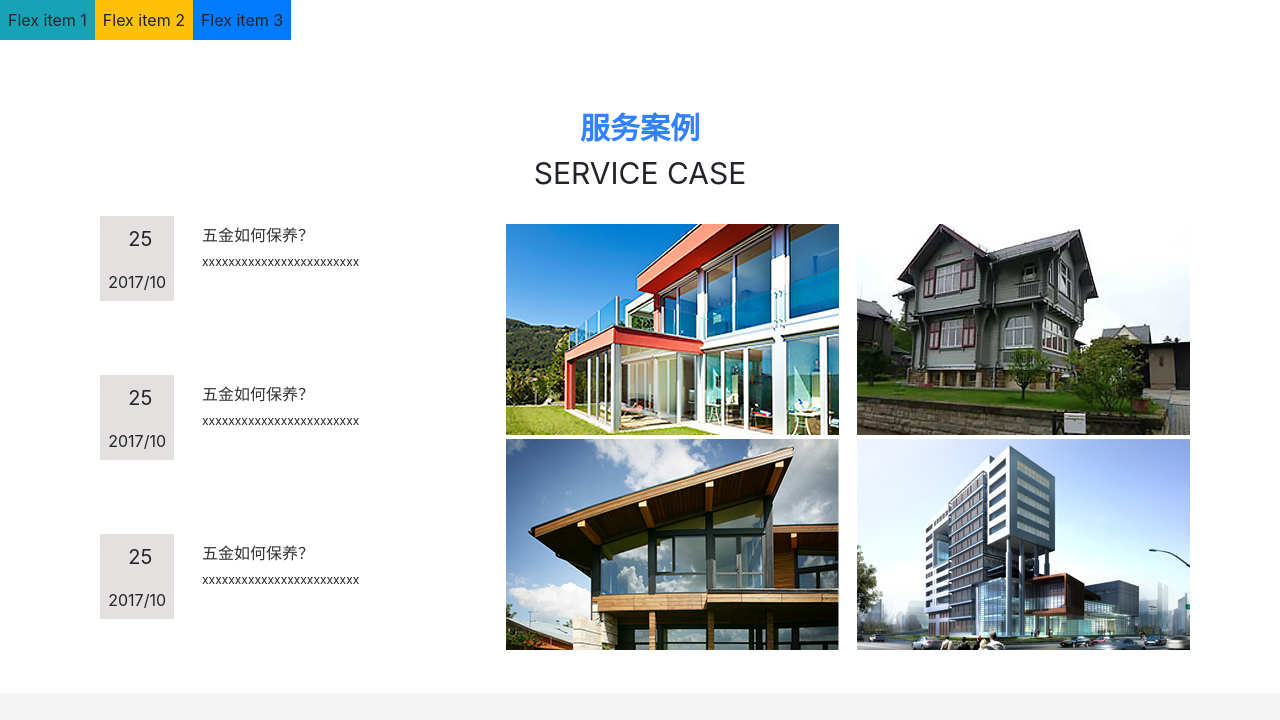
Repository: Noitom/Hadalsnailfish
Page: src/main/resources/static/html/main.html
An editor plug-in stored every save of this project. The page is shown before and after the next save, followed by the edit.
The browser window is 1280 px wide. The pictures show the whole page.

Above is the page before, as saved 2021-12-14 17:23:37.
Console error: TypeError: Cannot read properties of undefined (reading 'offsetTop')

### src/main/resources/static/html/main.html
<!DOCTYPE html>
<html lang="zh-CN">
<head>
    <meta charset="utf-8">
    <meta http-equiv="X-UA-Compatible" content="IE=edge">
    <meta name="viewport" content="width=device-width, initial-scale=1">
    <title>深海狮子鱼</title>
    <link href="../bootstrap/css/bootstrap.min.css" rel="stylesheet">
    <link href="../css/cl-css.css" rel="stylesheet">
    <link href="../font-awesome/css/font-awesome.min.css" rel="stylesheet">
    <link href="../element/element.css" rel="stylesheet" type="text/css">
    <link href="../bootstrap/css/bootstrap-responsive.min.css" rel="stylesheet" type="text/css">
    <style>
        .el-carousel__item h3 {
            color: #475669;
            font-size: 14px;
            opacity: 0.75;
            line-height: 150px;
            margin: 0;
        }

        .el-row {
            margin-bottom: 20px;
        &:last-child {
             margin-bottom: 0;
         }
        }
        .el-col {
            border-radius: 4px;
        }
        .bg-purple-dark {
            background: #99a9bf;
        }
        .bg-purple {
            background: #d3dce6;
        }
        .bg-purple-light {
            background: #e5e9f2;
        }
        .grid-content {
            border-radius: 4px;
            min-height: 36px;
        }
        .row-bg {
            padding: 10px 0;
            background-color: #f9fafc;
        }
        .szy-contact-way{
            width: 220px;
            height: 230px;
            border: 2px solid #d4d0d0;
            padding-top: 30px;
            padding-bottom: 20px;
        }

    </style>
</head>
<body>
<div id="app" style="background:#fff;">
    <!--首页其他内容展示-->

    <div class="jumbotron-one d-flex flex-wrap">
        <div class="d-flex flex-row bg-secondary mb-3">
            <div class="p-2 bg-info">Flex item 1</div>
            <div class="p-2 bg-warning">Flex item 2</div>
            <div class="p-2 bg-primary">Flex item 3</div>
          </div>
        <!-- <div class="szy-tow">
            <p>海南狮子鱼深海技术有限公司</p>
            <span>文本文本文本文本文本文本文本文本文本文本文本文本文本文本文本文本</span>
        </div>
        <div class="szy-tow-one">
        </div> -->
        <!-- <transition enter-active-class="animated bounceInRight">
            <div class="container-tow" style="background: url(../img/border.webp);" ref="part1" v-show="part1flag">
                <span class="word">关于我们:</span>
                <div class="word-1">
                    <span>{{message}}</span></div>
                <div class="image-1" style="background: url(../img/img-1.webp) no-repeat;"></div>
                <div class="image-2" style="background: url(../img/img-2.webp);"></div>
                <div class="but-1">
                    <a href="#">
                        <span>xxxx</span>
                    </a>
                </div>
                <div class="but-2">
                    <span> > </span>
                    </a>
                </div>
            </div>
        </transition> -->
    </div>


    <!-- <div class="jumbotron">
    <div class="container">
    展示内容预留位置
    </div> -->

    <!-- </div> -->

    <!--首页其他内容展示-->
    <!--<div class="container-fluid"-->
         <!--style="background: url('../img/AD0Iz_PkBhACGAAgvZLxygUo8LKV8AYwgA844QU.jpg') repeat-y center;height: 737px;width: 100%">-->
        <!--<div class="container">-->
            <!--<div style="width: 1200px;">-->
                <!--<transition enter-active-class="animated bounceInRight">-->
                    <!--<div class="row" ref="part2" v-show="part2flag">-->
                        <!--<div class="col-md-4"-->
                             <!--style="height: 735px;background: url('../img/AD0Iz_PkBhAEGAAgu5LxygUomNWtNzDgAjjWAw.png.webp') no-repeat center;">-->
                            <!--<div class="d-flex flex-column justify-content-around align-items-center"-->
                                 <!--style="height: 735px;padding-bottom: 150px;padding-top: 150px">-->
                                <!--<div class="p-2">-->
                                    <!--<p style="color: rgb(255, 255, 255); font-family: 微软雅黑; font-size: 54px; background-color: transparent;">-->
                                        <!--我们的优势</p>-->
                                    <!--<p style="font-family: 微软雅黑; color: rgb(255, 255, 255); font-size: 22px;">-->
                                        <!--15年经验铸就坚硬的品牌理念</p>-->
                                <!--</div>-->
                                <!--<div class="p-2">-->
                                    <!--<div style="position: relative;right: 50px">-->
                                        <!--<p style="color: rgb(255, 255, 255);  font-size: 18px; background-color: transparent;">-->
                                            <!--FINAL QUALITY OF INTERNATIONAL</p>-->
                                        <!--<p style="color: rgb(255, 255, 255); font-family: 微软雅黑; font-size: 18px; background-color: transparent;">-->
                                            <!--&nbsp;&nbsp;&nbsp;&nbsp;&nbsp;&nbsp;&nbsp;&nbsp;&nbsp;&nbsp;&nbsp;&nbsp;&nbsp;&nbsp;&nbsp;&nbsp;&nbsp;&nbsp;&nbsp;&nbsp;&nbsp;ADVANCED-->
                                            <!--TECHNOLOGY</p>-->
                                    <!--</div>-->
                                <!--</div>-->
                            <!--</div>-->
                        <!--</div>-->
                        <!--<div class="col-md-7" style="height: 735px;">-->
                            <!--<div class="d-flex flex-column justify-content-around align-items-center"-->
                                 <!--style="height: 735px;padding-bottom: 100px;padding-top: 100px;padding-left: 100px">-->
                                <!--<div class="d-flex flex-row " style=" height: 100px;width: 100%">-->
                                    <!--<img src="../img/AD0Iz_PkBhAEGAAgupLxygUotcqk4QMwVThV.png.webp"-->
                                         <!--style="height: 85px;width: 85px">-->
                                    <!--<div class="d-flex flex-column" style="padding-left: 50px">-->
                                        <!--<p class="szy-yahei-22px-blue">国际认证品牌</p>-->
                                        <!--<p class="szy-yahei-18px-white">CERUFICATION</p>-->
                                        <!--<p class="szy-yahei-16px-white">一系列突破性的创新给了我们公司的产品当之无愧的全球声誉</p>-->
                                    <!--</div>-->
                                <!--</div>-->
                                <!--<div class="d-flex flex-row " style=" height: 100px;width: 100%">-->
                                    <!--<img src="../img/AD0Iz_PkBhAEGAAguJLxygUoqpuiGzBVOFU.png.webp"-->
                                         <!--style="height: 85px;width: 85px">-->
                                    <!--<div class="d-flex flex-column" style="padding-left: 50px">-->
                                        <!--<p class="szy-yahei-22px-blue">国际认证品牌</p>-->
                                        <!--<p class="szy-yahei-18px-white">CERUFICATION</p>-->
                                        <!--<p class="szy-yahei-16px-white">一系列突破性的创新给了我们公司的产品当之无愧的全球声誉</p>-->
                                    <!--</div>-->
                                <!--</div>-->
                                <!--<div class="d-flex flex-row " style=" height: 100px;width: 100%">-->
                                    <!--<img src="../img/AD0Iz_PkBhAEGAAgu5LxygUozp2n1AIwVThV.png.webp"-->
                                         <!--style="height: 85px;width: 85px">-->
                                    <!--<div class="d-flex flex-column" style="padding-left: 50px">-->
                                        <!--<p class="szy-yahei-22px-blue">国际认证品牌</p>-->
                                        <!--<p class="szy-yahei-18px-white">CERUFICATION</p>-->
                                        <!--<p class="szy-yahei-16px-white">一系列突破性的创新给了我们公司的产品当之无愧的全球声誉</p>-->
                                    <!--</div>-->
                                <!--</div>-->
                            <!--</div>-->
                        <!--</div>-->
                    <!--</div>-->
                <!--</transition>-->
            <!--</div>-->
        <!--</div>-->
    <!--</div>-->

    <!--<div class="jumbotron-i">-->
        <!--<transition enter-active-class="animated bounceInRight">-->
            <!--<div class="container" ref="part3" v-show="part3flag">-->

                <!--<div class="d-flex flex-column justify-content-around" style="height: 670px;">-->
                    <!--<div class="d-flex flex-column justify-content-around" style="height: 200px;width: 100%">-->
                        <!--<div>-->
                            <!--<h2>产品介绍</h2>-->
                            <!--<h5>PRODUCT INTRODUCTION</h5>-->
                        <!--</div>-->
                    <!--</div>-->
                    <!--<div class="d-flex flex-row justify-content-around" style="height: 470px;width: 100%">-->
                        <!--<div style="height: 360px;width: 250px;">-->
                            <!--<img src="../img/chanping1.webp" class="szy-index-img">-->
                            <!--<p style="font-size: 30px; text-align:center">xxx</p>-->
                        <!--</div>-->
                        <!--<div style="height: 360px;width: 250px;">-->
                            <!--<img src="../img/chanping1.webp" class="szy-index-img">-->
                            <!--<p style="font-size: 30px; text-align:center">xxx</p>-->
                        <!--</div>-->
                        <!--<div style="height: 360px;width: 250px;">-->
                            <!--<img src="../img/chanping1.webp" class="szy-index-img">-->
                            <!--<p style="font-size: 30px; text-align:center">xxx</p>-->
                        <!--</div>-->
                        <!--<div style="height: 360px;width: 250px;">-->
                            <!--<img src="../img/chanping1.webp" class="szy-index-img">-->
                            <!--<p style="font-size: 30px; text-align:center">xxx</p>-->
                        <!--</div>-->
                    <!--</div>-->
                <!--</div>-->

            <!--</div>-->
        <!--</transition>-->
    <!--</div>-->

    <!--<div class="container-fluid"-->
         <!--style="background: url('../img/AD0Iz_PkBhACGAAgvZLxygUo3KbZmwUwgA842gQ.jpg') repeat-y center;height: 600px;width: 100%">-->
        <!--<transition enter-active-class="animated bounceInRight">-->
            <!--<div class="container" ref="part4" v-show="part4flag">-->
                <!--<div class="d-flex flex-column justify-content-around "-->
                     <!--style="width: 1200px;height: 600px;padding-bottom: 100px;padding-top: 100px">-->
                    <!--<div>-->
                        <!--<p style="font-family: 微软雅黑; font-size: 30px; color: rgb(255, 255, 255);margin-bottom: 0">-->
                            <!--制造工艺流程</p>-->
                        <!--<p style="font-family: 微软雅黑; font-size: 15px; color: rgb(0, 0, 0);">MANUFACTURING PROCESS</p>-->
                    <!--</div>-->
                    <!--<div class="d-flex flex-column justify-content-around " style="width: 100%;height: 300px;">-->
                        <!--<div style="position: relative;left: 75px;margin-bottom: 10px;padding-top: 25px">-->
                            <!--<img src="../img/AD0Iz_PkBhAEGAAg0P3xygUomLSmbjCgCDgU.png.webp">-->
                        <!--</div>-->
                        <!--<div class="d-flex justify-content-between ">-->
                            <!--<div class="d-flex flex-column align-items-center">-->
                                <!--<img src="../img/AD0Iz_PkBhAEGAAg6-3xygUooLKNxwcwmAE4mAE.png.webp">-->
                                <!--<p style="font-family: 微软雅黑; font-size: 16px; color: rgb(255, 255, 255);margin-top: 20px">-->
                                    <!--确认需求</p>-->
                            <!--</div>-->
                            <!--<div class="d-flex flex-column align-items-center">-->
                                <!--<img src="../img/AD0Iz_PkBhAEGAAg6-3xygUooLKNxwcwmAE4mAE.png.webp">-->
                                <!--<p style="font-family: 微软雅黑; font-size: 16px; color: rgb(255, 255, 255);margin-top: 20px">-->
                                    <!--确认需求</p>-->
                            <!--</div>-->
                            <!--<div class="d-flex flex-column align-items-center">-->
                                <!--<img src="../img/AD0Iz_PkBhAEGAAg6-3xygUooLKNxwcwmAE4mAE.png.webp">-->
                                <!--<p style="font-family: 微软雅黑; font-size: 16px; color: rgb(255, 255, 255);margin-top: 20px">-->
                                    <!--确认需求</p>-->
                            <!--</div>-->
                            <!--<div class="d-flex flex-column align-items-center">-->
                                <!--<img src="../img/AD0Iz_PkBhAEGAAg6-3xygUooLKNxwcwmAE4mAE.png.webp">-->
                                <!--<p style="font-family: 微软雅黑; font-size: 16px; color: rgb(255, 255, 255);margin-top: 20px">-->
                                    <!--确认需求</p>-->
                            <!--</div>-->
                            <!--<div class="d-flex flex-column align-items-center">-->
                                <!--<img src="../img/AD0Iz_PkBhAEGAAg6-3xygUooLKNxwcwmAE4mAE.png.webp">-->
                                <!--<p style="font-family: 微软雅黑; font-size: 16px; color: rgb(255, 255, 255);margin-top: 20px">-->
                                    <!--确认需求</p>-->
                            <!--</div>-->
                        <!--</div>-->
                    <!--</div>-->
                <!--</div>-->
            <!--</div>-->
        <!--</transition>-->
    <!--</div>-->


    <div class="container-fluid">
        <div class="d-flex flex-column">
            <div class="d-flex flex-column align-items-center" style="height: 100px;margin-top:30px;">
                <p style="font-size: 30px;color: #3381ff;margin-bottom: 0;margin-top:20px;;font-weight:bold">服务案例</p>
                <p style="font-size: 30px">SERVICE CASE</p>
            </div>
            <div style="margin-top: 30px">
                <div class="d-flex flex-row justify-content-around ">
                    <div >
                        <div class="d-flex flex-column align-items-center" >
                            <div class="d-flex flex-row" style="height: 109px;margin-bottom: 50px">
                                <div class="p-2" style="margin-left: 20px;background-color:hsl(0, 9%, 89%) ;height: 85px;">
                                    <p style="font-size: 20px;margin-left: 20px;">25</p>
                                    <p>2017/10</p>
                                </div>
                                <div class="p-2" style="margin-left: 20px;">
                                    <a href="#" style="display: block;">五金如何保养？</a>
                                    <span style="height: 80px;font-size: 12px;">xxxxxxxxxxxxxxxxxxxxxxxx</span>
                                </div>
                            </div>
                            <div class="d-flex flex-row" style="height: 109px;margin-bottom: 50px">
                                <div class="p-2" style="margin-left: 20px;background-color:hsl(0, 9%, 89%) ;height: 85px;">
                                    <p style="font-size: 20px;margin-left: 20px;">25</p>
                                    <p>2017/10</p>
                                </div>
                                <div class="p-2" style="margin-left: 20px;">
                                    <a href="#" style="display: block;">五金如何保养？</a>
                                    <span style="height: 80px;font-size: 12px;">xxxxxxxxxxxxxxxxxxxxxxxx</span>
                                </div>
                            </div>
                            <div class="d-flex flex-row" style="height: 109px;margin-bottom: 50px">
                                <div class="p-2" style="margin-left: 20px;background-color:hsl(0, 9%, 89%) ;height: 85px;">
                                    <p style="font-size: 20px;margin-left: 20px;">25</p>
                                    <p>2017/10</p>
                                </div>
                                <div class="p-2" style="margin-left: 20px;">
                                    <a href="#" style="display: block;">五金如何保养？</a>
                                    <span style="height: 80px;font-size: 12px;">xxxxxxxxxxxxxxxxxxxxxxxx</span>
                                </div>
                            </div>
                        </div>
                    </div>
                    <!-- 图片区域 -->
                    <div class="d-flex flex-row hidden-phone" >
                        <div class="d-flex flex-row">
                            <div class="p-2 " >
                                <div class="d-flex flex-column">
                                    <div class="p-2"
                                         style="height: 215px;width: 335px;background: url(../img/AD0IhdDxBBACGAAg07CfvgUorZv0twUwzQI40wE.jpg.webp) no-repeat;">
                                    </div>
                                    <div class="p-2 "
                                         style="height: 215px;width: 335px;background: url(../img/AD0IhdDxBBACGAAg0bCfvgUovfrw1AQwzQI40wE.jpg.webp) no-repeat;">
                                    </div>
                                </div>
                            </div>
                            <div class="p-2 " >
                                <div class="d-flex visible-desktop">
                                    <div class="p-2"
                                         style="height: 215px;width: 335px;background: url(../img/AD0IhdDxBBACGAAgv7CfvgUowNfZzAYwzQI40wE.jpg.webp) no-repeat;">
                                    </div>
                                    <div class="p-2"
                                         style="height: 215px;width: 335px;background: url(../img/AD0IhdDxBBACGAAgx7CfvgUo16PphwcwzQI40wE.jpg.webp) no-repeat;">
                                    </div>
                                </div>
                            </div>
                        </div>
                    </div>
                </div>
            </div>
        </div>
    </div>
</div>
<script src="../jquery/jquery.min.js"></script>
<script src="../bootstrap/js/bootstrap.min.js"></script>
<script src="../element/vue.js"></script>
<script src="../element/element.js"></script>
<script type="text/javascript">
    //配置对象 options
    new Vue({
        // 配置选项(option)
        // element: 指定用vue来管理页面中的哪个标签区域
        el: '#app',
        data: {
            isCollapse: true,
            imageList:[
                './img/AD0IhdDxBBACGAAg87q03wUomNK66wUwgA840QU.jpg',
                './img/AD0IhdDxBBACGAAg87q03wUokNmXkwUwgA840QU.jpg'
            ],
            message:'公司简介：XXXXXXXXXXXXX',
            show:false,
            part1flag:false,
            part2flag:false,
            part3flag:false,
            part4flag:false,
            number:0,
            mainUrl:'html/test.html'

        },
        methods: {
            handleScroll:function () {
                this.currentScroll = window.pageYOffset;
                this.number = this.currentScroll

                if(this.currentScroll >= this.$refs.part1.offsetTop ){
                    this.part1flag = true
                }
                if(this.currentScroll >= this.$refs.part2.offsetTop + 1200){
                    this.part2flag = true
                }
                if(this.currentScroll >= this.$refs.part3.offsetTop + 1600){
                    this.part3flag = true
                }
                if(this.currentScroll >= this.$refs.part4.offsetTop + 2000){
                    this.part4flag = true
                }
            },
            toIndex:function () {

            },
            toConnect:function () {
                this.mainUrl = 'html/connect.html'
            },
            toHelp:function () {
                this.mainUrl = 'html/help.html'
            }

        },
        mounted:function () {
            window.addEventListener("scroll",this.handleScroll);
            this.part1flag=true
            this.part2flag=true
            this.part3flag=true
            this.part4flag=true
        },
        beforeDestroy() {
            window.removeEventListener("scroll",this.handleScroll)
        },
    });

</script>
</body>
</html>

Loaded but not shown: src/main/resources/static/bootstrap/css/bootstrap.min.css (library); src/main/resources/static/font-awesome/css/font-awesome.min.css (library); src/main/resources/static/element/element.css (library); src/main/resources/static/bootstrap/css/bootstrap-responsive.min.css (library); src/main/resources/static/jquery/jquery.min.js (library); src/main/resources/static/bootstrap/js/bootstrap.min.js (library); src/main/resources/static/element/vue.js (library); src/main/resources/static/element/element.js (library); src/main/resources/static/css/cl-css.css (344 lines, source omitted)

After the next save:
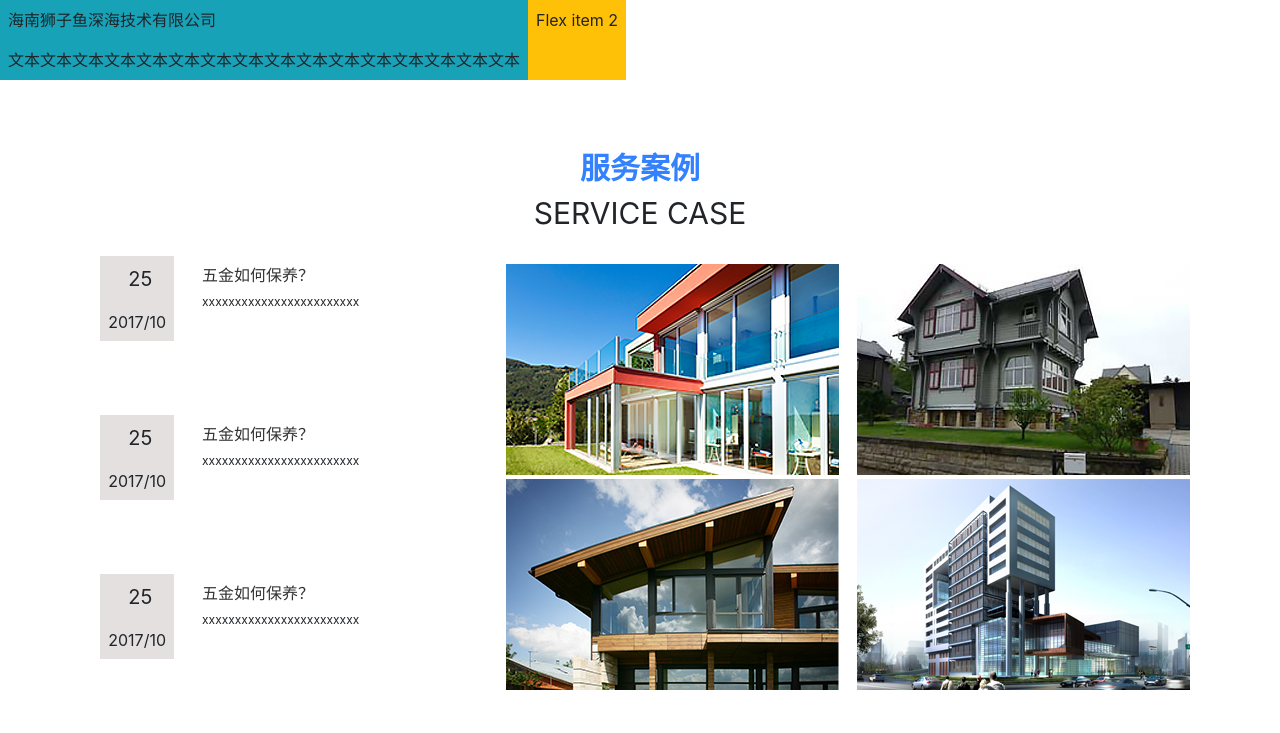
Saved 89 s later.
--- a/src/main/resources/static/html/main.html
+++ b/src/main/resources/static/html/main.html
@@ -61,9 +61,11 @@
 
     <div class="jumbotron-one d-flex flex-wrap">
         <div class="d-flex flex-row bg-secondary mb-3">
-            <div class="p-2 bg-info">Flex item 1</div>
+            <div class="p-2 bg-info" szy-tow>
+                <p>海南狮子鱼深海技术有限公司</p>
+                <span>文本文本文本文本文本文本文本文本文本文本文本文本文本文本文本文本</span>
+            </div>
             <div class="p-2 bg-warning">Flex item 2</div>
-            <div class="p-2 bg-primary">Flex item 3</div>
           </div>
         <!-- <div class="szy-tow">
             <p>海南狮子鱼深海技术有限公司</p>
